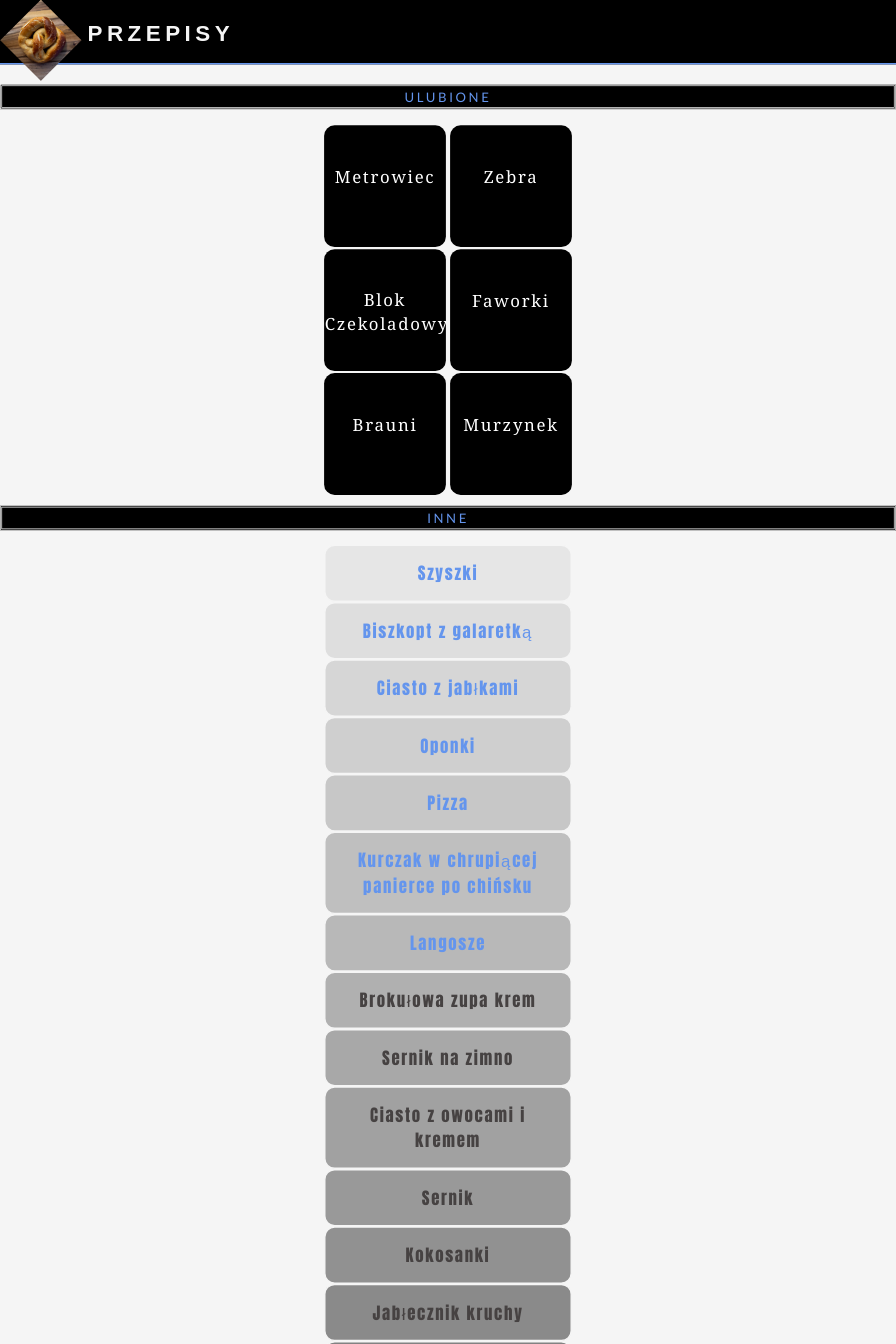
Repository: yaoayh/przepisy
Page: index.html
The author's editor kept a copy of each file at every save. The page is drawn from the files as they stood at one save, then again after the next save.
The browser window is 1280 px wide. The pictures show the part of the page from y = 0 to 1920 px (the page is 3159 px tall), at 70% of full size.

Above is the page before, as saved 2020-08-14 00:17:20.

After the next save:
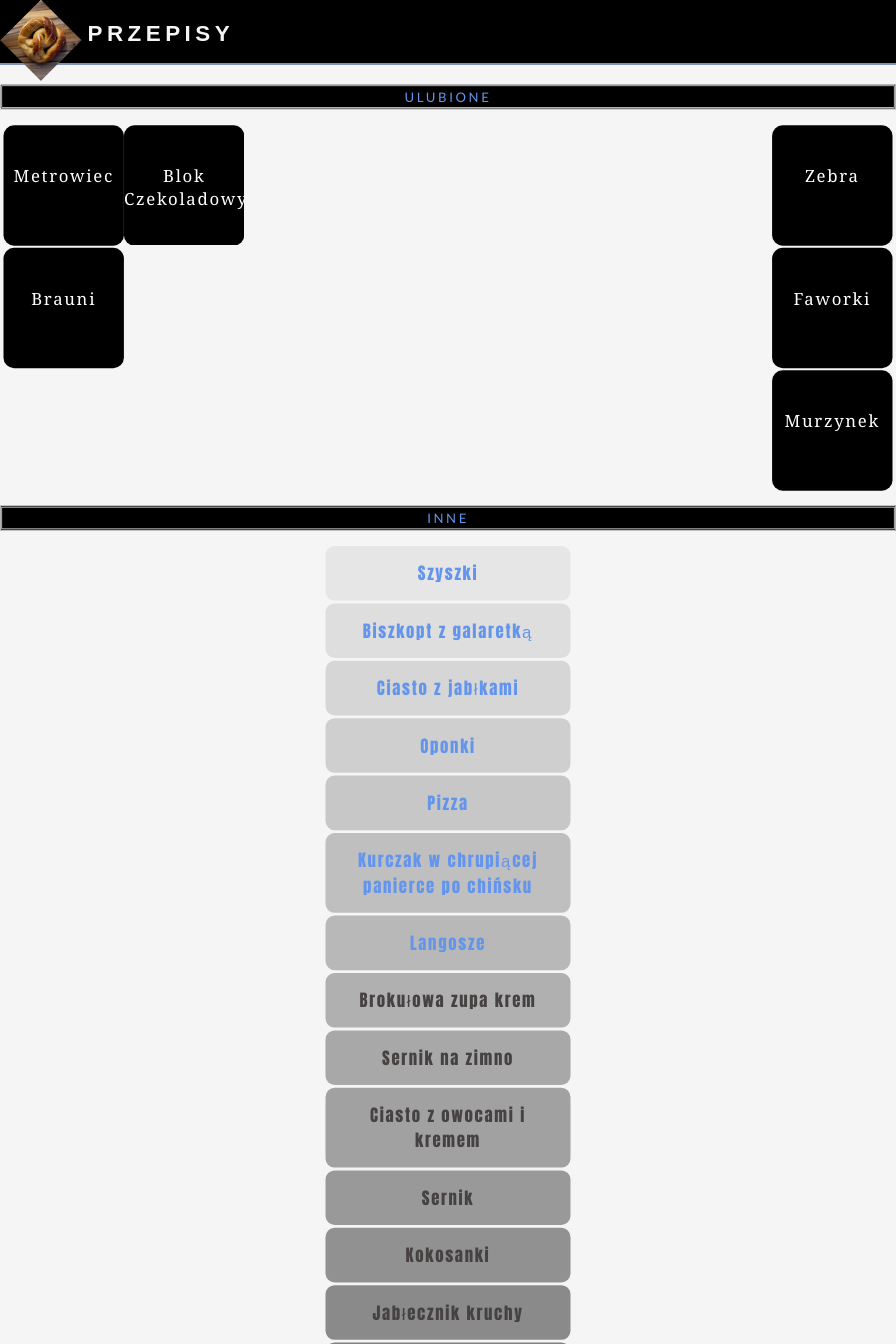
Saved 68 s later.
--- a/css/styles.css
+++ b/css/styles.css
@@ -66,8 +66,8 @@
 
 form.head_Sqares {
     margin: auto;
-    height: 531px; /*531px;*/
-    width: 354px;/*354px;*/
+    min-height: 531px; /*531px;*/
+    min-width: 354px;/*354px;*/
     background-color: whitesmoke;
     padding: 5px;}
 
@@ -80,7 +80,7 @@
     color: white;
     margin-top: 3px;
     overflow: auto;
-    padding: 1px;
+
 }
 .sqares_Left{
     float: left;

After the save that followed:
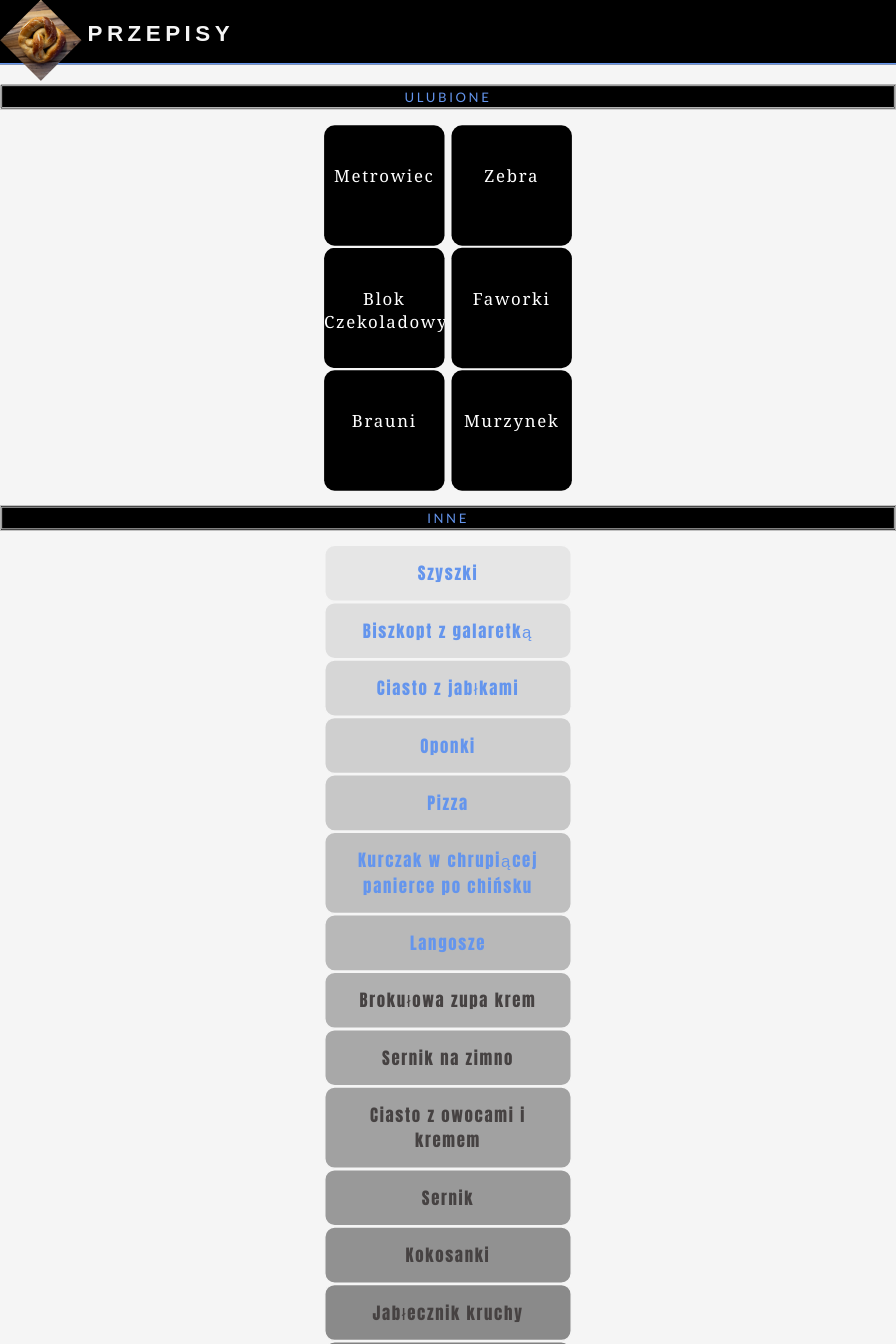
Saved 16 s later.
--- a/css/styles.css
+++ b/css/styles.css
@@ -66,8 +66,8 @@
 
 form.head_Sqares {
     margin: auto;
-    min-height: 531px; /*531px;*/
-    min-width: 354px;/*354px;*/
+    height: 531px; /*531px;*/
+    width: 354px;/*354px;*/
     background-color: whitesmoke;
     padding: 5px;}
 
